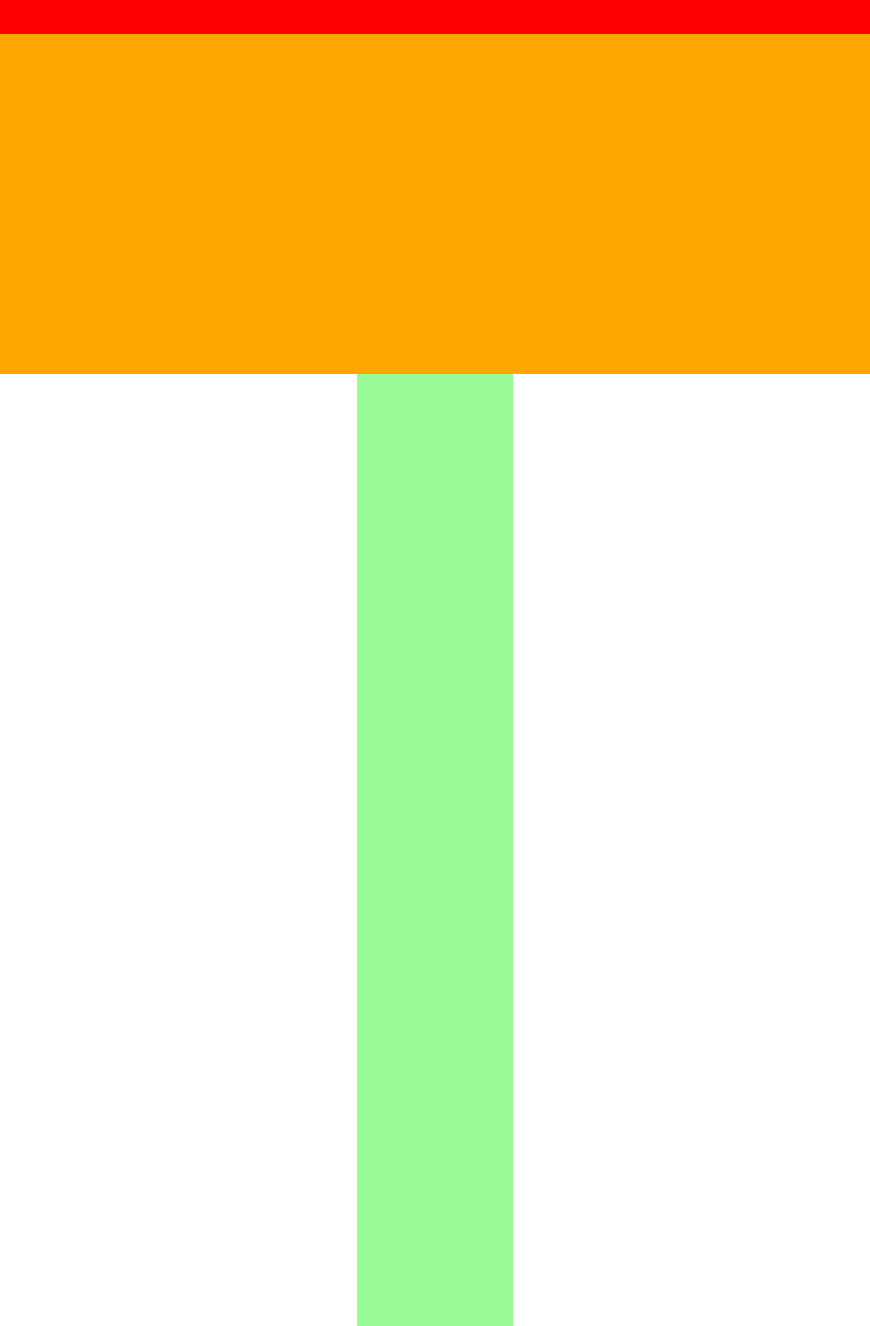
Repository: YuraTajima/DMM-all
Page: chapter4/chapter4.html
The author's editor kept a record of every edit. The page is drawn from the files as they stood at one moment, then again after the next edit.
The browser window is 1280 px wide. The pictures show the whole page, at 68% of full size.

Above is the page before.

After the next edit:
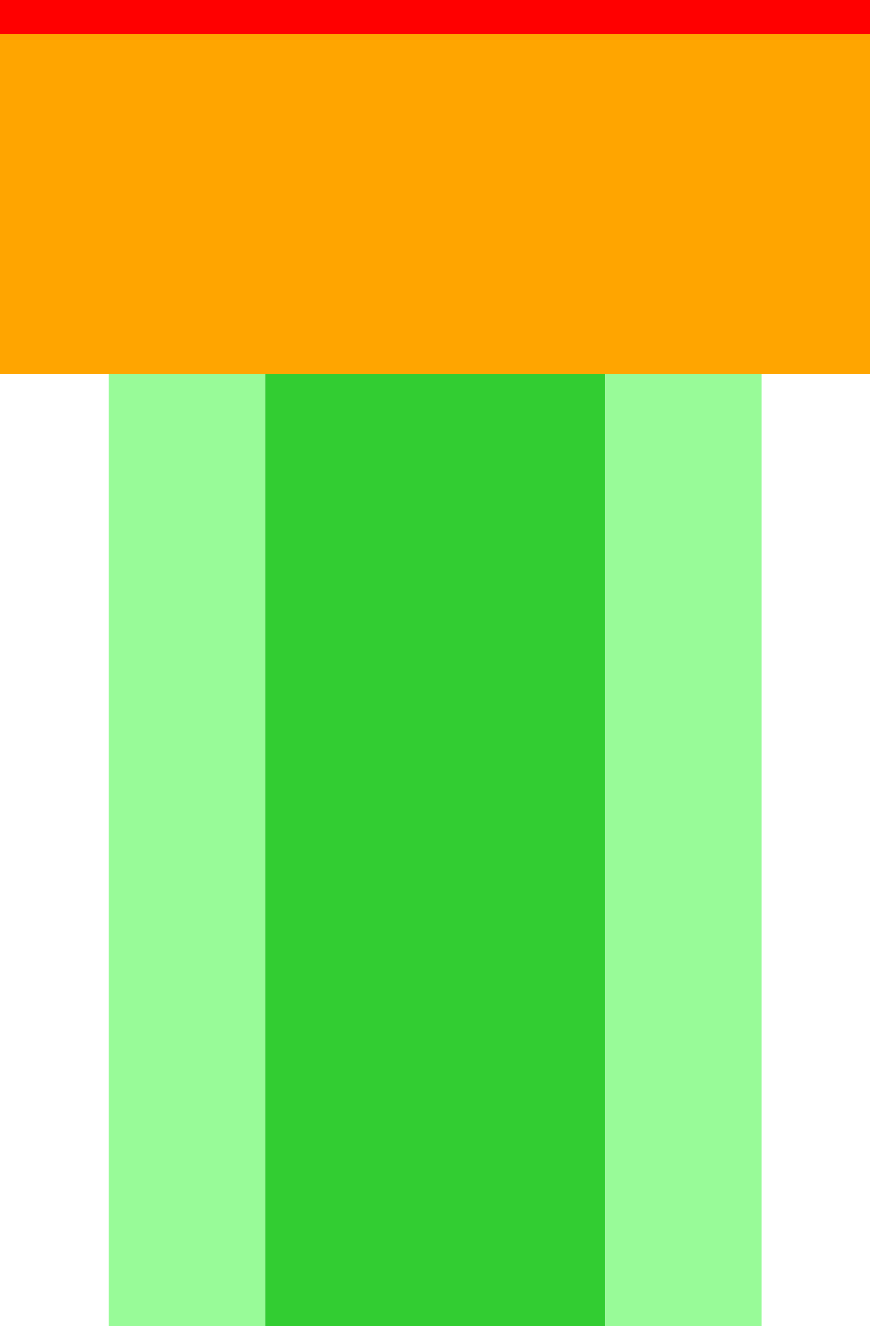
The edit:
--- a/chapter4/chapter4.html
+++ b/chapter4/chapter4.html
@@ -22,8 +22,9 @@
 
       <div class="sideber-left"></div>
 
+      <div class="blog"></div>
 
-
+      <div class="sideber-right"></div>
 
     </div>
 
